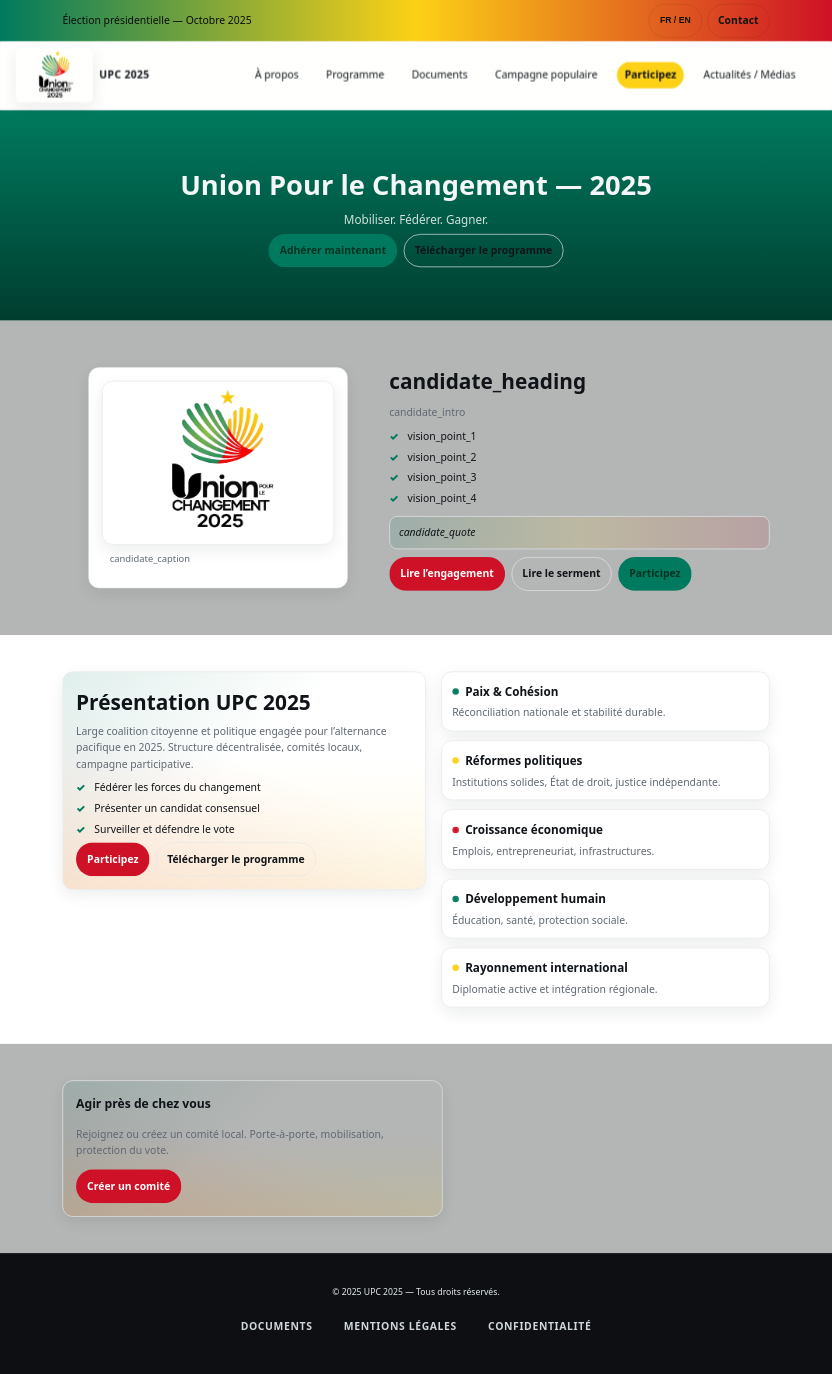
Repository: Kishny/upc2025
Page: index.html
The author's editor kept a copy of each file at every save. The page is drawn from the files as they stood at one save, then again after the next save.
The browser window is 1280 px wide. The pictures show the whole page, at 65% of full size.

Above is the page before, as saved 2025-09-11 02:19:20.

After the next save:
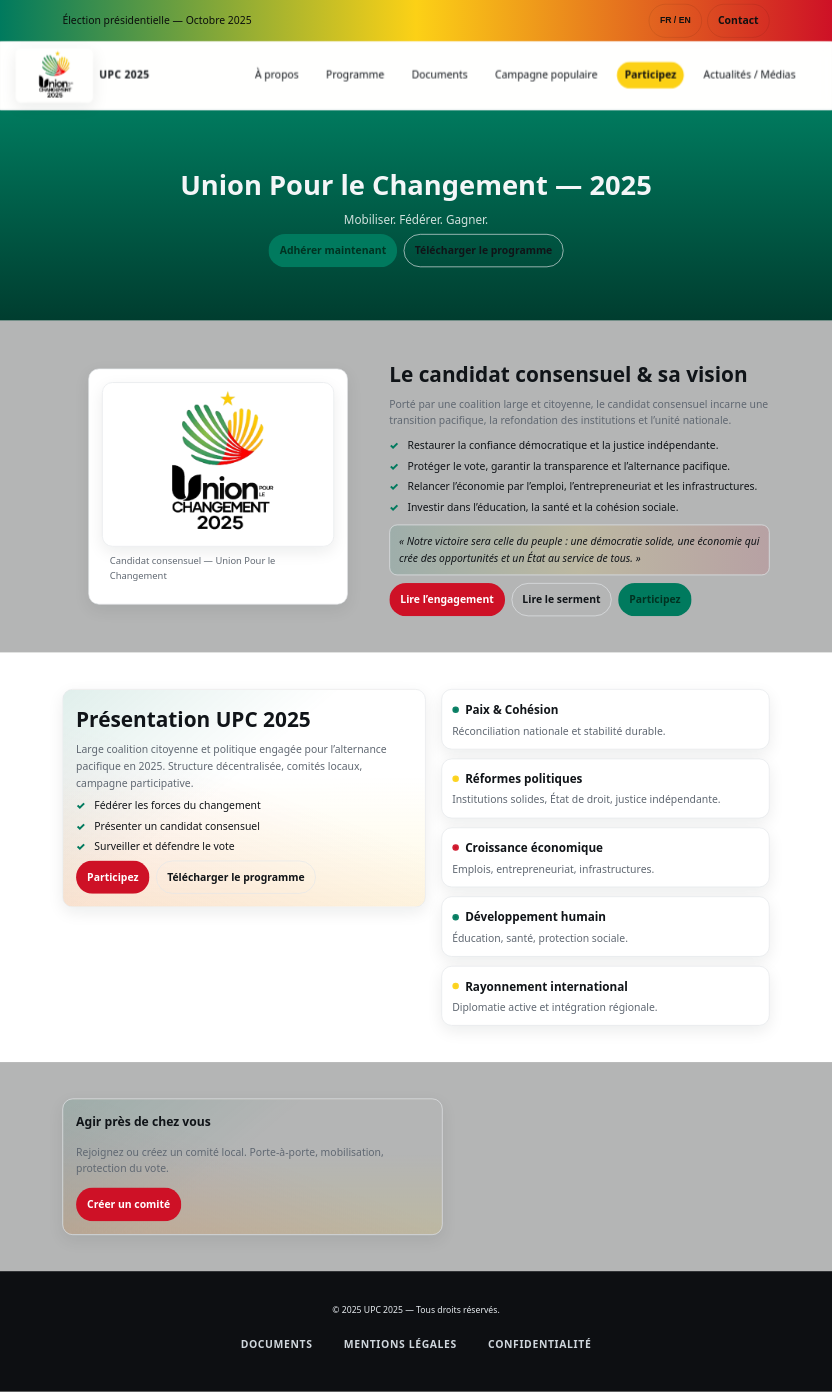
Saved 2 min 12 s later.
--- a/assets/js/app.js
+++ b/assets/js/app.js
@@ -293,6 +293,39 @@ const DICT = {
   },
 };
 
+// FR
+Object.assign(DICT.fr, {
+  candidate_caption: "Candidat consensuel — Union Pour le Changement",
+  candidate_heading: "Le candidat consensuel & sa vision",
+  candidate_intro:
+    "Porté par une coalition large et citoyenne, le candidat consensuel incarne une transition pacifique, la refondation des institutions et l’unité nationale.",
+  vision_point_1:
+    "Restaurer la confiance démocratique et la justice indépendante.",
+  vision_point_2:
+    "Protéger le vote, garantir la transparence et l’alternance pacifique.",
+  vision_point_3:
+    "Relancer l’économie par l’emploi, l’entrepreneuriat et les infrastructures.",
+  vision_point_4: "Investir dans l’éducation, la santé et la cohésion sociale.",
+  candidate_quote:
+    "« Notre victoire sera celle du peuple : une démocratie solide, une économie qui crée des opportunités et un État au service de tous. »",
+});
+
+// EN
+Object.assign(DICT.en, {
+  candidate_caption: "Consensus candidate — Union for Change",
+  candidate_heading: "The consensus candidate & vision",
+  candidate_intro:
+    "Backed by a broad civic coalition, the consensus candidate stands for a peaceful transition, institutional renewal and national unity.",
+  vision_point_1: "Restore democratic trust and an independent judiciary.",
+  vision_point_2:
+    "Protect the vote, ensure transparency and peaceful alternation.",
+  vision_point_3:
+    "Boost the economy through jobs, entrepreneurship and infrastructure.",
+  vision_point_4: "Invest in education, health and social cohesion.",
+  candidate_quote:
+    "“Our victory will be the people’s: a strong democracy, an opportunity-creating economy and a State that serves everyone.”",
+});
+
 const i18n = {
   lang: localStorage.getItem("lang") || "fr",
   t(key) {
